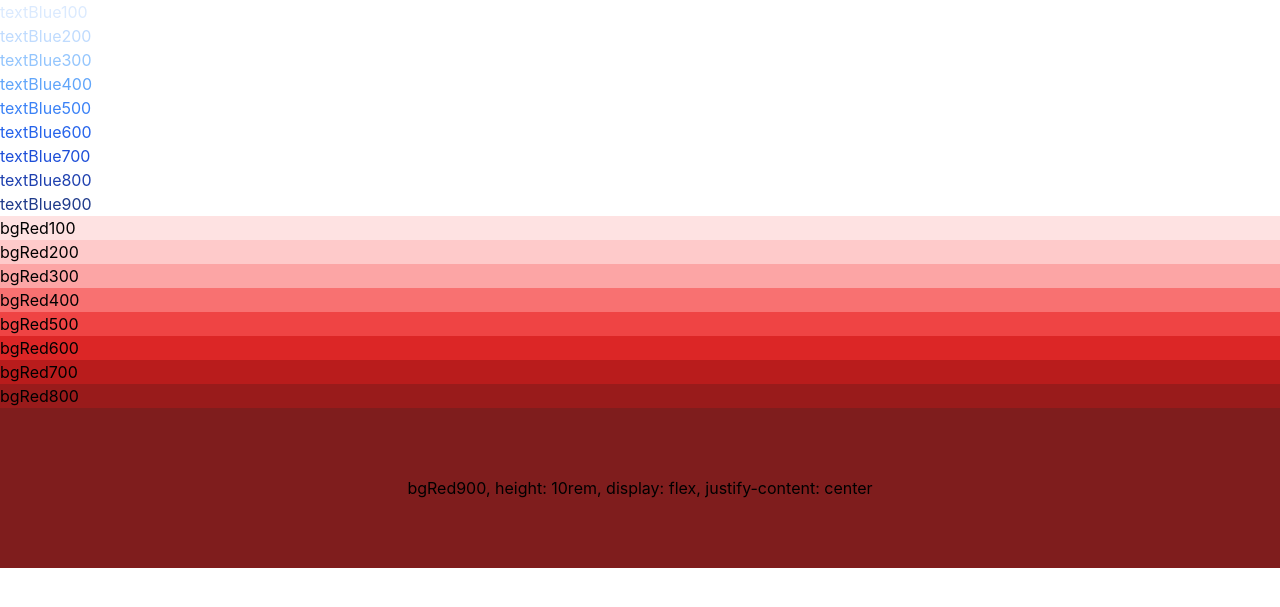
Repository: wogml3270/react-test-server
Page: /
The author's editor kept a copy of each file at every save. The page is drawn from the files as they stood at one save, then again after the next save.
The browser window is 1280 px wide. The pictures show the whole page.
The project was rebuilt for these pictures with package versions that can differ from the ones it lists, and the page was loaded fresh each time. Also part of the build but not shown: src/App.css.

Above is the page before, as saved 2022-08-04 20:34:46.

### src/index.js
import React from 'react';
import ReactDOM from 'react-dom/client';
import './index.css';
import App from './App';
import reportWebVitals from './reportWebVitals';
import './tailwind.css';

const root = ReactDOM.createRoot(document.getElementById('root'));
root.render(
  <React.StrictMode>
    <App />
  </React.StrictMode>
);

// If you want to start measuring performance in your app, pass a function
// to log results (for example: reportWebVitals(console.log))
// or send to an analytics endpoint. Learn more: https://bit.ly/CRA-vitals
reportWebVitals();

### src/App.js

import './App.css';

function App() {
  return (
    <>
      <div className="">
        <h1 className="text-blue-100">textBlue100</h1>
        <h1 className="text-blue-200">textBlue200</h1>
        <h1 className="text-blue-300">textBlue300</h1>
        <h1 className="text-blue-400">textBlue400</h1>
        <h1 className="text-blue-500">textBlue500</h1>
        <h1 className="text-blue-600">textBlue600</h1>
        <h1 className="text-blue-700">textBlue700</h1>
        <h1 className="text-blue-800">textBlue800</h1>
        <h1 className="text-blue-900">textBlue900</h1>

        <h1 className="bg-red-100">bgRed100</h1>
        <h1 className="bg-red-200">bgRed200</h1>
        <h1 className="bg-red-300">bgRed300</h1>
        <h1 className="bg-red-400">bgRed400</h1>
        <h1 className="bg-red-500">bgRed500</h1>
        <h1 className="bg-red-600">bgRed600</h1>
        <h1 className="bg-red-700">bgRed700</h1>
        <h1 className="bg-red-800">bgRed800</h1>
        <h1 className="bg-red-900 h-40 flex justify-center items-center">bgRed900, height: 10rem, display: flex, justify-content: center</h1>
      </div>
    </>
  );
}

export default App;

### src/tailwind.css
/* src/tailwind.css */

@tailwind base;
@tailwind components;
@tailwind utilities;

### tailwind.config.js
// tailwindcss.config.js

module.exports = {
    content: ['./src/**/*.{js,jsx,ts,tsx}', './public/index.html'],
    theme: {
        extend: {},
    },
    plugins: [],
};

Loaded but not shown: public/index.html (common file); src/index.css (common file); src/reportWebVitals.js (common file)

After the next save:
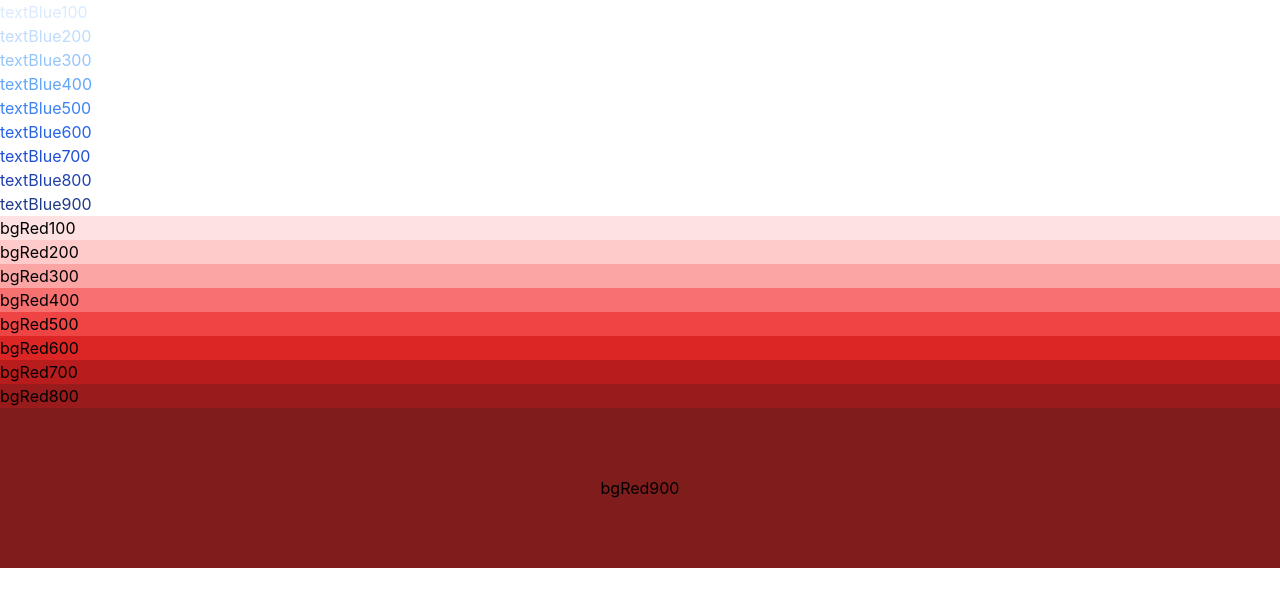
Saved 16 s later.
--- a/src/App.js
+++ b/src/App.js
@@ -23,7 +23,7 @@ function App() {
         <h1 className="bg-red-600">bgRed600</h1>
         <h1 className="bg-red-700">bgRed700</h1>
         <h1 className="bg-red-800">bgRed800</h1>
-        <h1 className="bg-red-900 h-40 flex justify-center items-center">bgRed900, height: 10rem, display: flex, justify-content: center</h1>
+        <h1 className="bg-red-900 h-40 flex justify-center items-center">bgRed900</h1>
       </div>
     </>
   );
